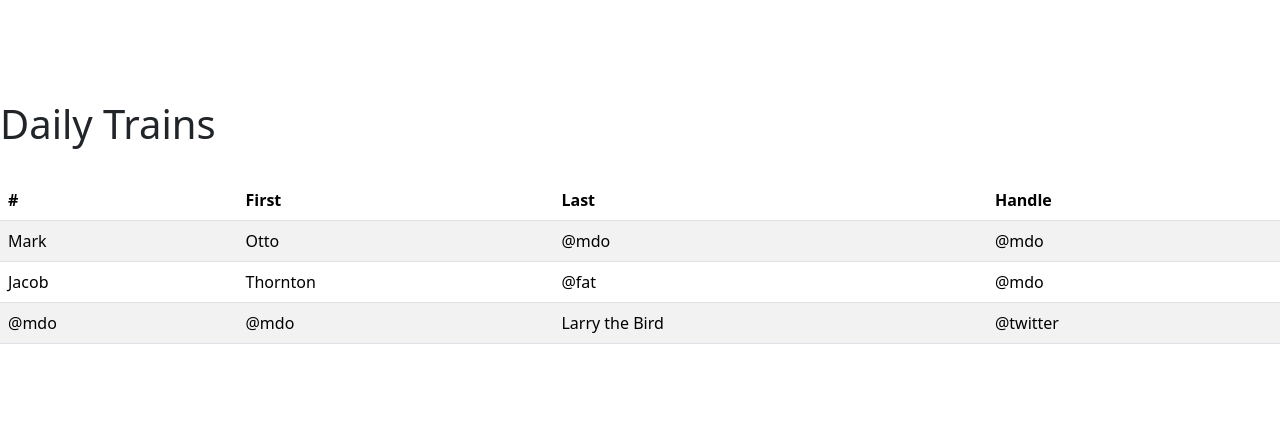
Repository: SachinUthpala/Railway-Reservation
Page: http://localhost/Railway/Train_res
The author's editor kept a copy of each file at every save. The page is drawn from the files as they stood at one save, then again after the next save.
The browser window is 1280 px wide. The pictures show the whole page.
The page is served by Tomcat 9.

Above is the page before, as saved 2023-05-19 16:29:50.

After the next save:
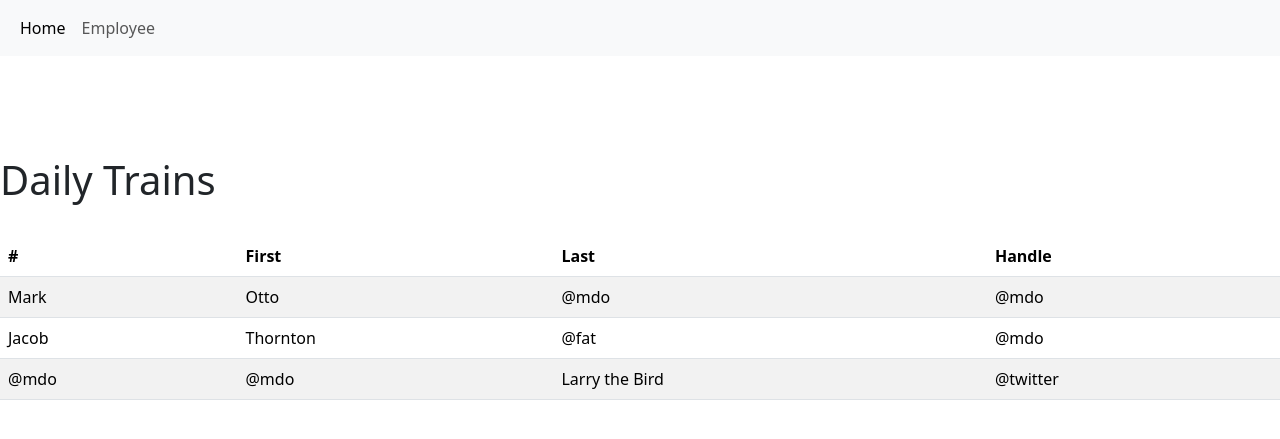
Saved 25 s later.
--- a/Railway/src/main/webapp/Trains.jsp
+++ b/Railway/src/main/webapp/Trains.jsp
@@ -21,7 +21,21 @@ System.out.println("\n Username :"+Username);
 </head>
 <body>
 
+    <nav class="navbar navbar-expand-lg bg-body-tertiary">
+			  <div class="container-fluid">
+			    <div class="collapse navbar-collapse" id="navbarSupportedContent">
+			      <ul class="navbar-nav me-auto mb-2 mb-lg-0">
+			        <li class="nav-item">
+			          <a class="nav-link active" aria-current="page" href="#">Home</a>
+			        </li>
+			        <li class="nav-item">
+			          <a class="nav-link" href="/pro5/Employee_sv">Employee</a>
+			        </li>
+			      </ul>
 
+			    </div>
+			  </div>
+			</nav>
 
 
 
